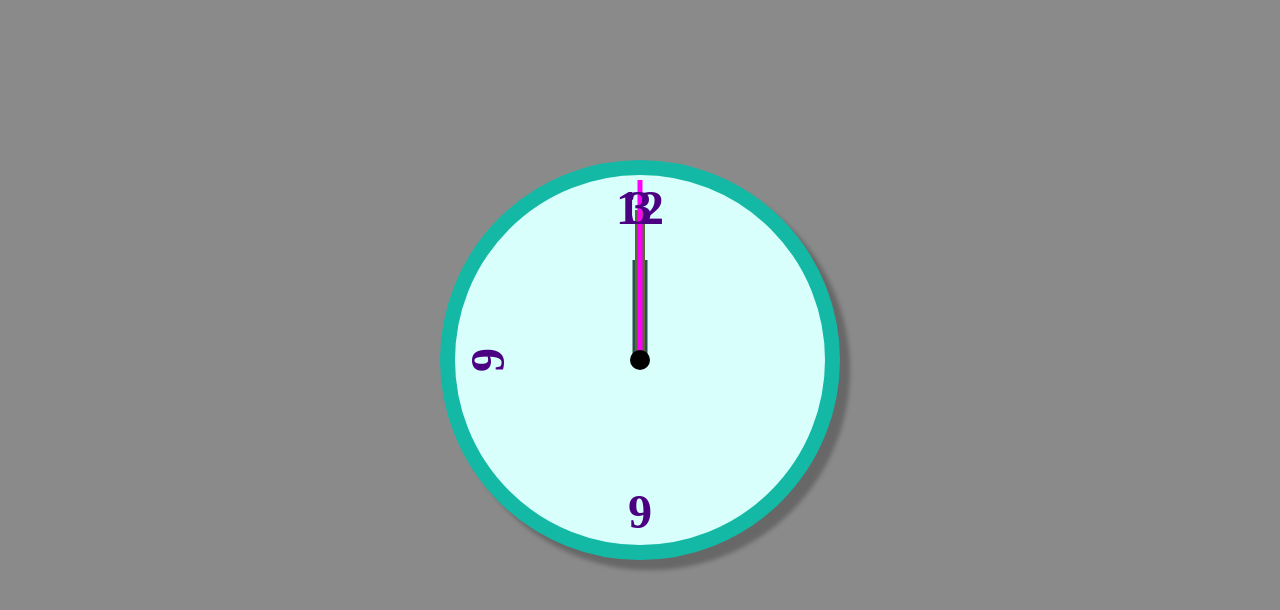
Repository: ChenWarren/web-clock
Page: index.html
The author's editor kept a copy of each file at every save. The page is drawn from the files as they stood at one save, then again after a run of saves.
The browser window is 1280 px wide. The pictures show the whole page.

Above is the page before, as saved 2021-03-18 21:33:03.

### index.html
<!DOCTYPE html>
<html lang="en">
<head>
    <meta charset="UTF-8">
    <meta http-equiv="X-UA-Compatible" content="IE=edge">
    <meta name="viewport" content="width=device-width, initial-scale=1.0">
    <link rel="stylesheet" href="main.css">
    <title>Clock</title>
</head>
<body>
    <main class="clock">
        <div class="hour"></div>
        <div class="minute"></div>
        <div class="second"></div>
        <div class="center_dot"></div>

        <div class="number num_1">
            <h2>12</h2>
        </div>
        <div class="number num_3">
            <h2 class="">3</h2>
        </div>
        <div class="number num_6">
            <h2>6</h2>
        </div>
        <div class="number num_9">
            <h2>9</h2>
        </div>

        <div class="dot"></div>
        <div class="dot"></div>
        <div class="dot"></div>
        <div class="dot"></div>
        <div class="dot"></div>
        <div class="dot"></div>
        <div class="dot"></div>
        <div class="dot"></div>
    </main>

    <script src="clock.js"></script>

</body>
</html>

### main.css
* {
    margin: 0;
    padding: 0;
    box-sizing: border-box;
}

body {
    background-color: rgb(138, 138, 138);
    display: flex;
    justify-content: center;
    align-items: center;
    width: 100vw;
    height: 100vh;
    overflow: hidden;
}

.clock {
    width: 400px;
    height: 400px;
    border-radius: 50%;
    background: #d8fffb;
    border: 15px solid #14B9A5;
    box-sizing: border-box;
    box-shadow: 10px 10px 4px rgba(0, 0, 0, 0.25);
    position: relative;
}

.hour {
    width: 15px;
    height: 100px;
    background-color:  darkslategray;
    position: absolute;
    left: 50%;
    bottom: 50%;
    transform: translate(-50%);
}

.minute {
    width: 10px;
    height: 150px;
    background-color:darkolivegreen;
    position: absolute;
    left: 50%;
    bottom: 50%;
    transform: translate(-50%);
}

.second {
    width: 5px;
    height: 180px;
    background-color: fuchsia;
    position: absolute;
    left: 50%;
    bottom: 50%;
    transform: translate(-50%);
}

.center_dot {
    background-color: #000;
    width: 20px;
    height: 20px;
    border-radius: 50%;
    position: absolute;
    left: 50%;
    bottom: 50%;
    transform: translate(-50%, 50%);
}

.number {
    display: flex;
    height: 370px;
    width: 370px;
    padding-top: 5px;
    justify-content: center;
    color: indigo;
    position: absolute;
    font-size: 2rem;
}

.num_3 {
    /* transform: rotate(90deg); */
    text-align: right;
}

.num_6 {
    transform: rotate(180deg);
}

.num_9 {
    transform: rotate(270deg);
}

Loaded but not shown: clock.js (no copy from this time; the picture is the same without it)

After the next 3 saves:
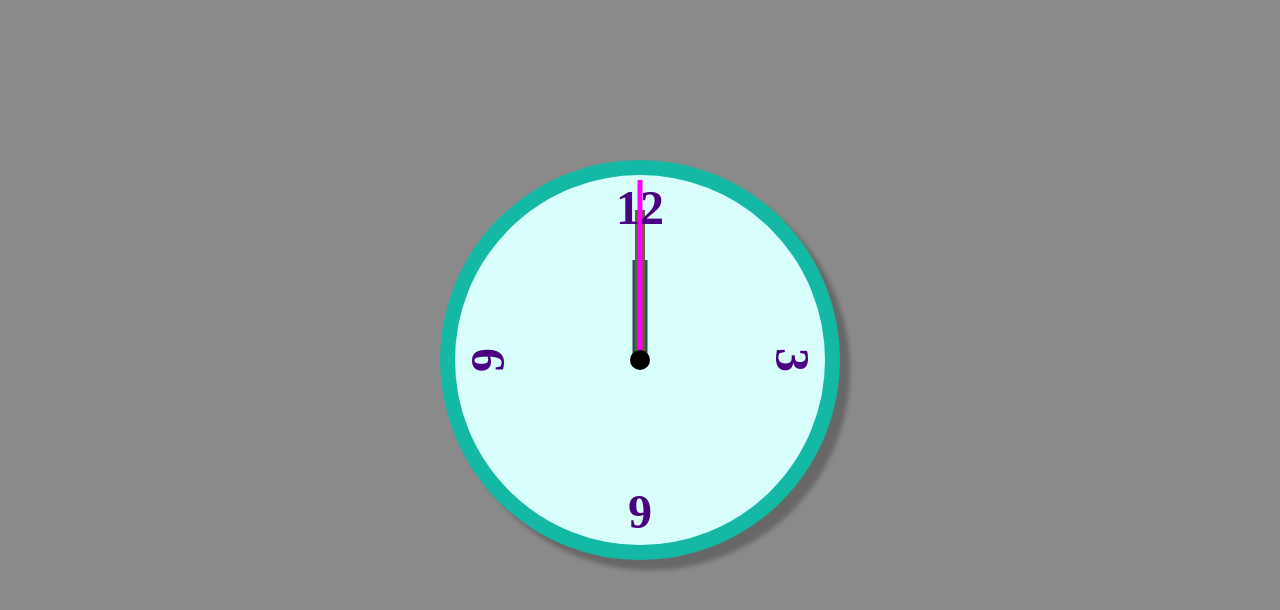
The 3 saves are shown as one change because they came seconds apart.
The last was saved 10 s later.
--- a/main.css
+++ b/main.css
@@ -78,8 +78,7 @@ body {
 }
 
 .num_3 {
-    /* transform: rotate(90deg); */
-    text-align: right;
+    transform: rotate(90deg);
 }
 
 .num_6 {
